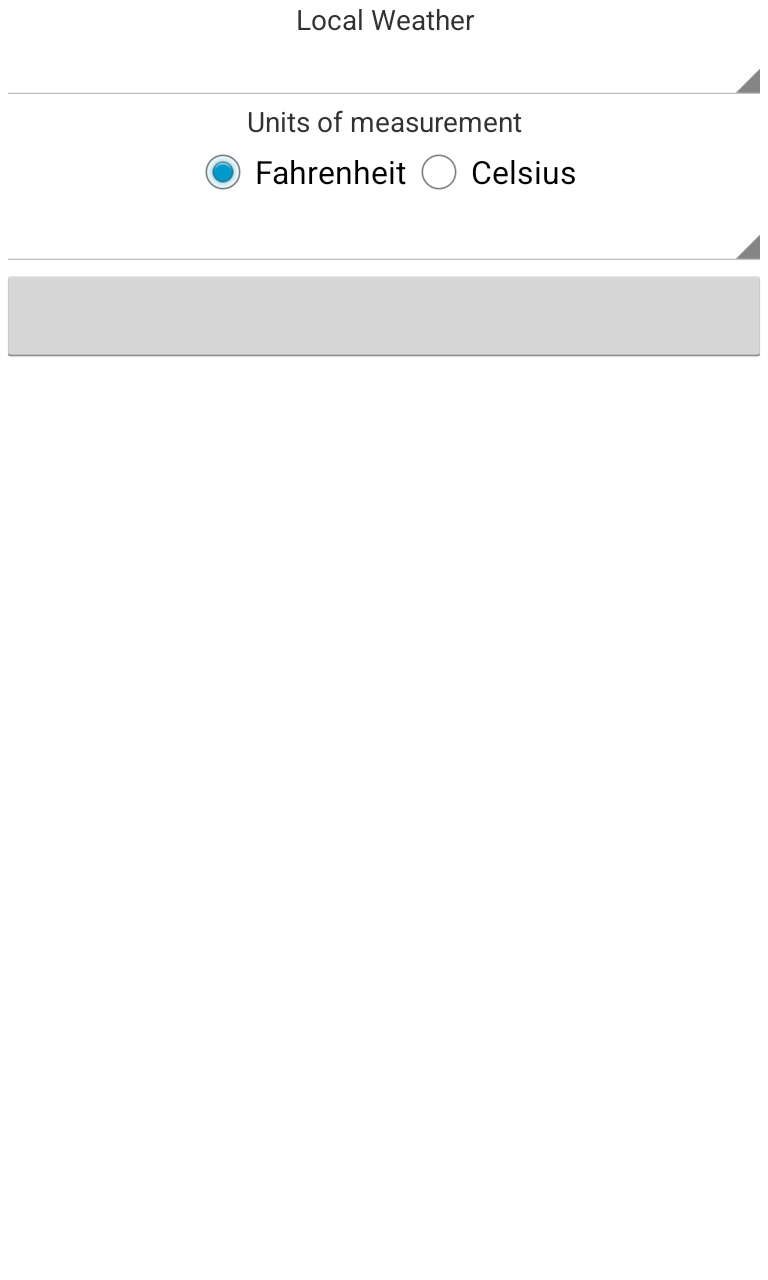
Repository: efreestone/Java1
Layout: Java1Project4/res/layout/activity_main.xml
An editor plug-in stored every save of this project. The layout is shown before and after the next save, followed by the edit.
It is drawn on a 768 x 1280 px phone screen (xhdpi) without system bars, with theme AppTheme; the app's code is not run.

Above is the layout before, as saved 2014-03-25 21:57:45.

After the next save:
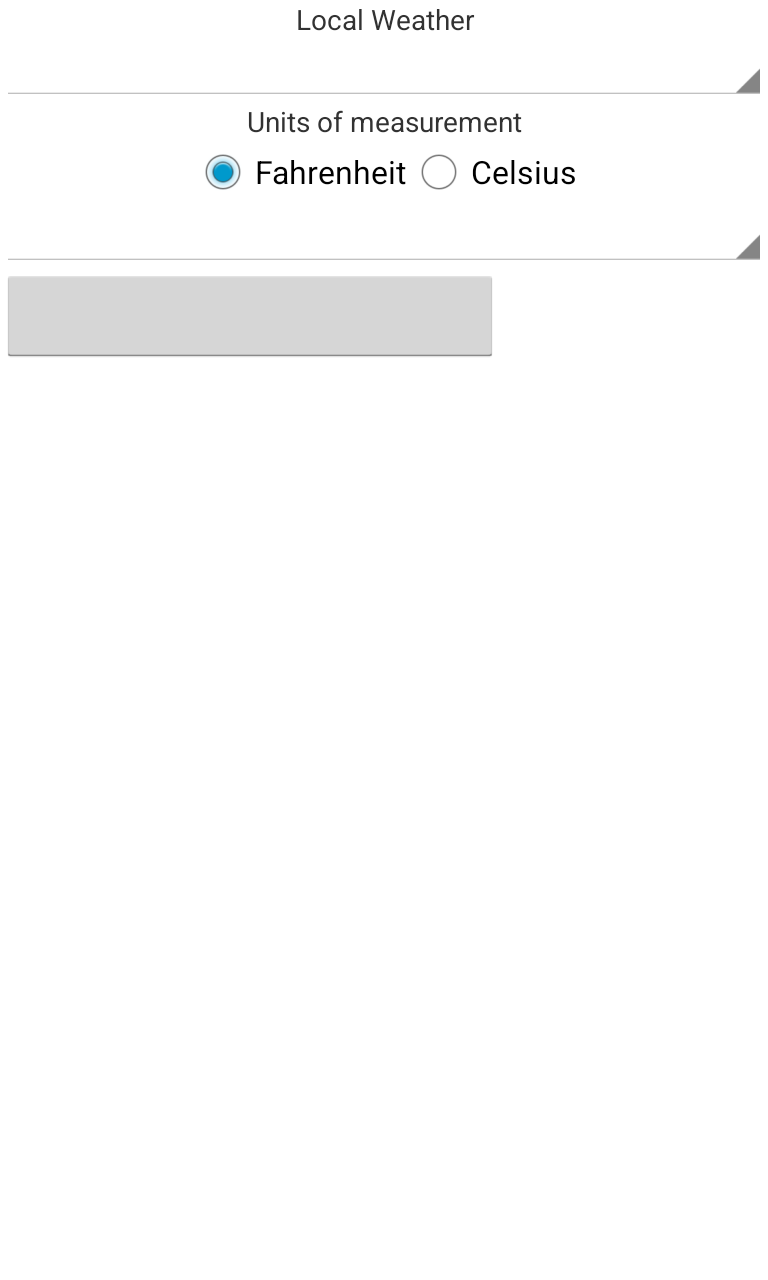
Saved 31 s later.
--- a/Java1Project4/res/layout/activity_main.xml
+++ b/Java1Project4/res/layout/activity_main.xml
@@ -65,7 +65,7 @@
             android:id="@+id/weatherButton"
             android:layout_width="wrap_content"
             android:layout_height="wrap_content"
-            android:width="500"/>
+            android:width="250dp"/>
 
     <!-- </LinearLayout> -->
 
